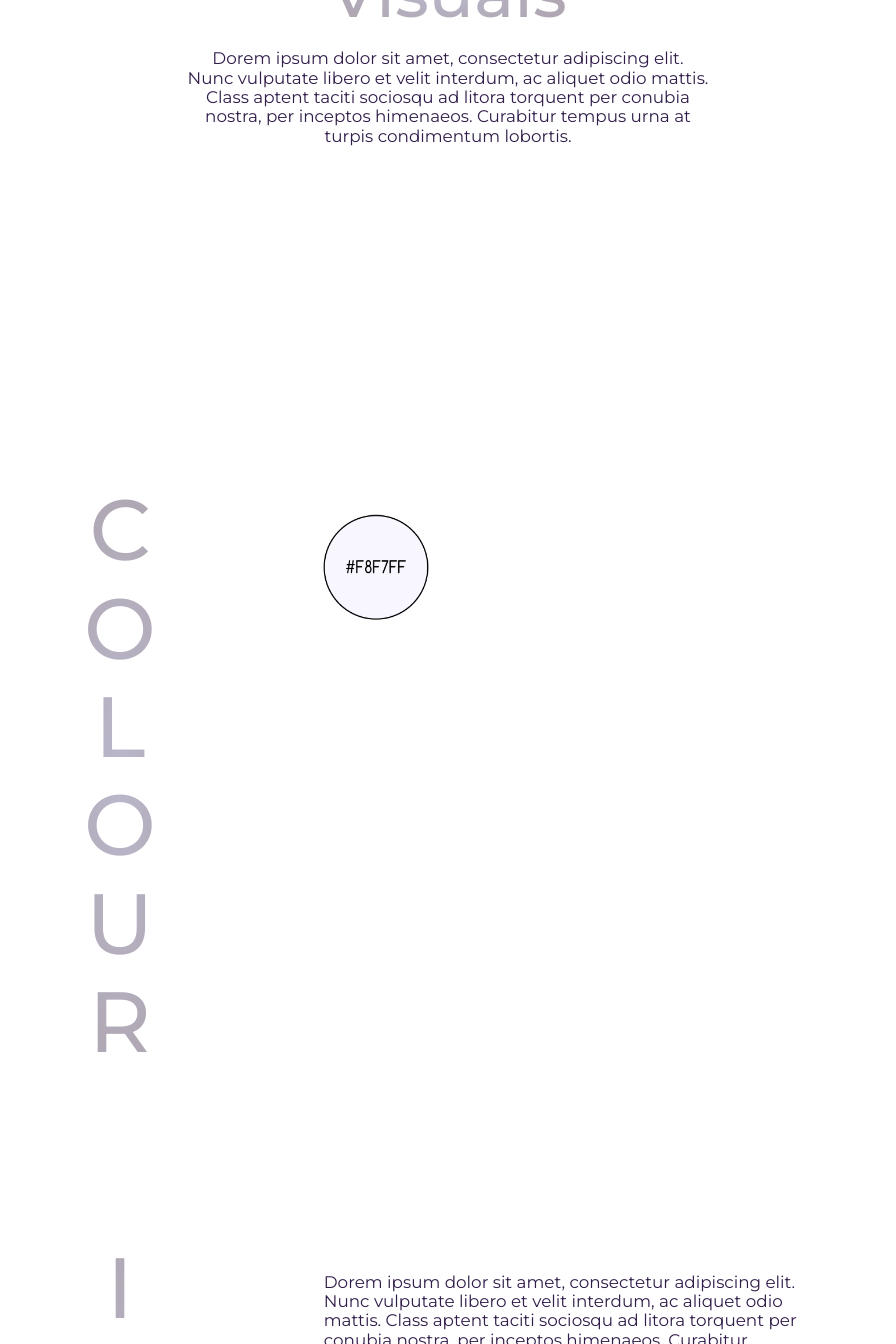
Repository: sierralaurent/Styleguide-Big_Project
Page: visuals.html
An editor plug-in stored every save of this project. The page is shown before and after the next save, followed by the edit.
The browser window is 1280 px wide. The pictures show the part of the page from y = 375 to 2295 px (the page is 3164 px tall), at 70% of full size.
Some web fonts or font styles are not loaded; a fallback is used.

Above is the page before, as saved 2023-03-10 14:50:14.

After the next save:
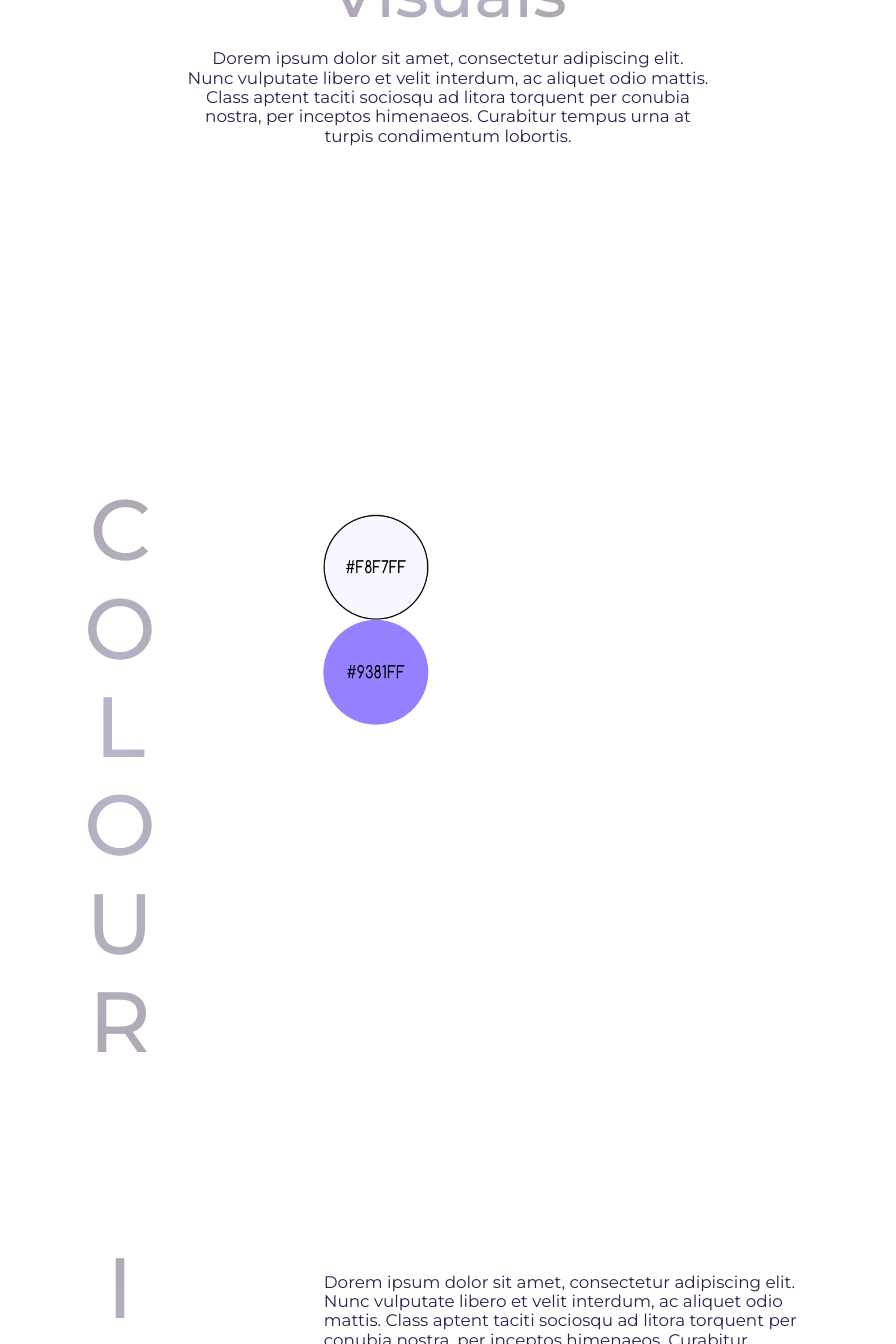
Saved 52 s later.
--- a/visuals.html
+++ b/visuals.html
@@ -70,7 +70,12 @@
             <br />
           </p>
           <div class="home-text17 body">
-           <img src="assets/colours/Creme.png" alt="Creme" width="150px" height="150px">
+            <div>
+              <img src="assets/colours/Creme.png" alt="Creme" width="150px" height="150px">
+            </div>
+            <div>
+              <img src="assets/colours/Main Purple.png" alt="mainpurple" width="150px" height="150px">
+            </div>
           </div>
         </div>
         <div class="home-container3">
